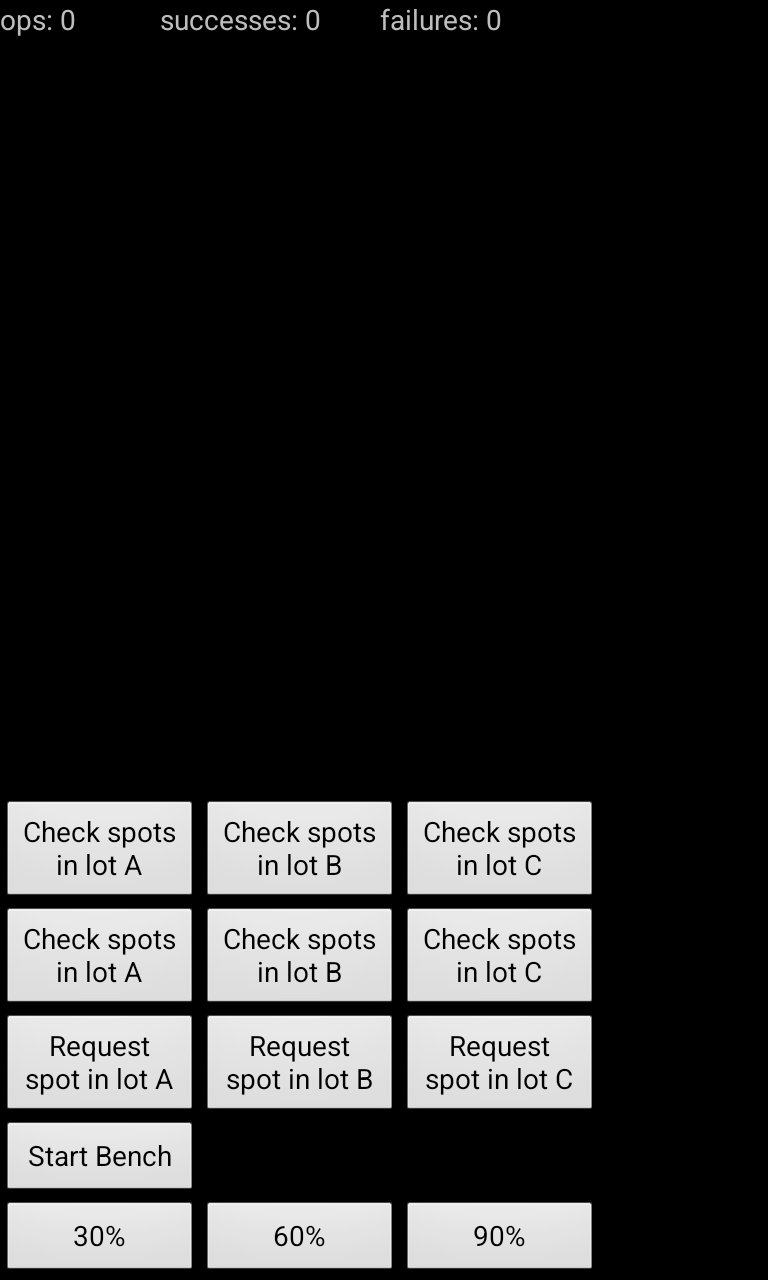
Repository: jasongao/csmcode
Layout: current/workspace/SMCloud/res/layout/main.xml
An editor plug-in stored every save of this project. The layout is shown before and after the next save, followed by the edit.
It is drawn on a 768 x 1280 px phone screen (xhdpi) without system bars, with theme android:Theme; the app's code is not run. Lists and similar views that code fills are empty.

Above is the layout before, as saved 2011-07-15 06:18:46.

After the next save:
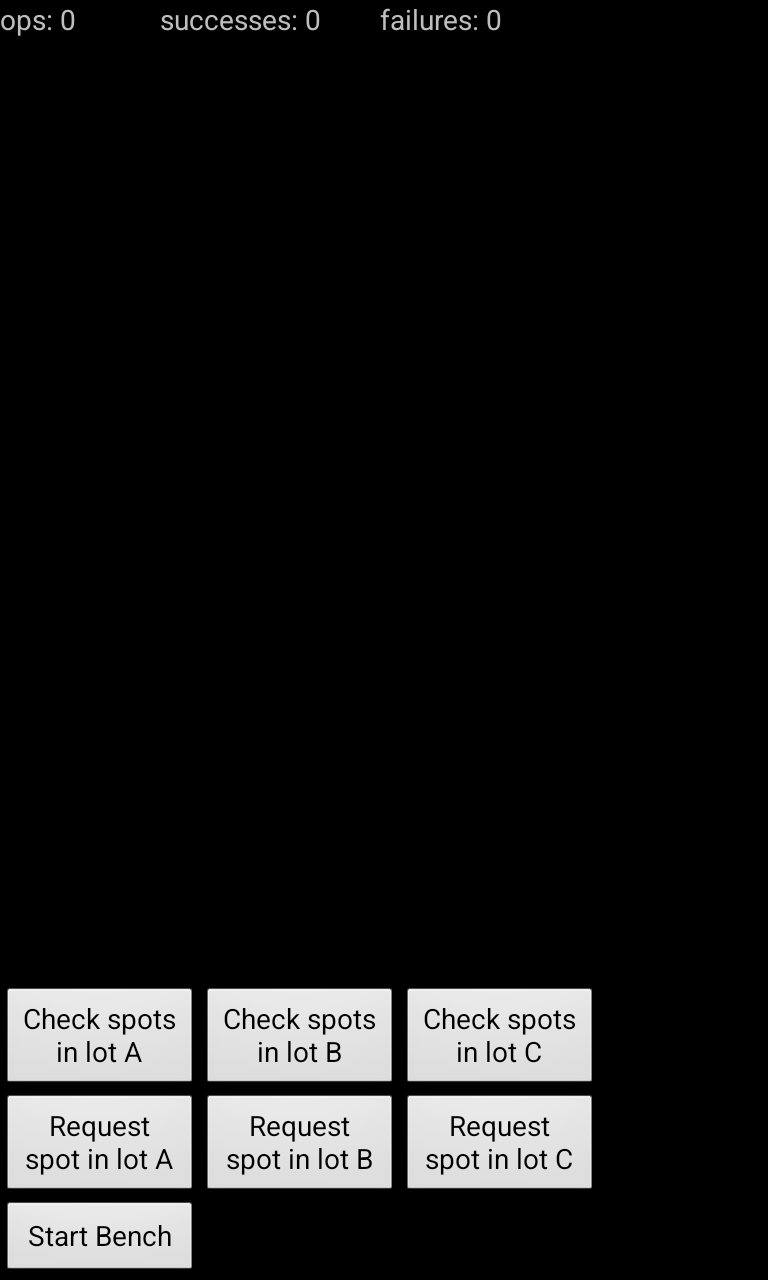
Saved 33 s later.
--- a/current/workspace/SMCloud/res/layout/main.xml
+++ b/current/workspace/SMCloud/res/layout/main.xml
@@ -18,19 +18,7 @@
 		android:transcriptMode="alwaysScroll" android:layout_weight="1">
 	</ListView>
 
-	<LinearLayout android:layout_width="fill_parent"
-		android:orientation="horizontal" android:layout_height="wrap_content"
-		android:id="@+id/CheckSpotLayout">
-		<Button android:layout_height="wrap_content"
-			android:layout_width="100dip" android:text="Check spots in lot A"
-			android:id="@+id/readparkingA_button"></Button>
-		<Button android:layout_height="wrap_content"
-			android:layout_width="100dip" android:text="Check spots in lot B"
-			android:id="@+id/readparkingB_button"></Button>
-		<Button android:layout_height="wrap_content"
-			android:layout_width="100dip" android:text="Check spots in lot C"
-			android:id="@+id/readparkingC_button"></Button>
-	</LinearLayout>
+
 
 	<LinearLayout android:layout_width="fill_parent"
 		android:orientation="horizontal" android:layout_height="wrap_content"
@@ -66,15 +54,6 @@
 		<Button android:layout_width="100dip" android:text="Start Bench" android:id="@+id/testcsm_button" android:layout_height="40dip"></Button>
 	</LinearLayout>
 
-	<LinearLayout android:layout_width="fill_parent"
-		android:orientation="horizontal" android:layout_height="wrap_content"
-		android:id="@+id/SetDistributionLayout">
-		<Button android:layout_width="100dip" android:text="30%"
-			android:id="@+id/setdistribution30_button" android:layout_height="40dip"></Button>
-		<Button android:layout_width="100dip" android:text="60%"
-			android:id="@+id/setdistribution60_button" android:layout_height="40dip"></Button>
-		<Button android:layout_width="100dip" android:text="90%"
-			android:id="@+id/setdistribution90_button" android:layout_height="40dip"></Button>
-	</LinearLayout>
+
 
 </LinearLayout>
